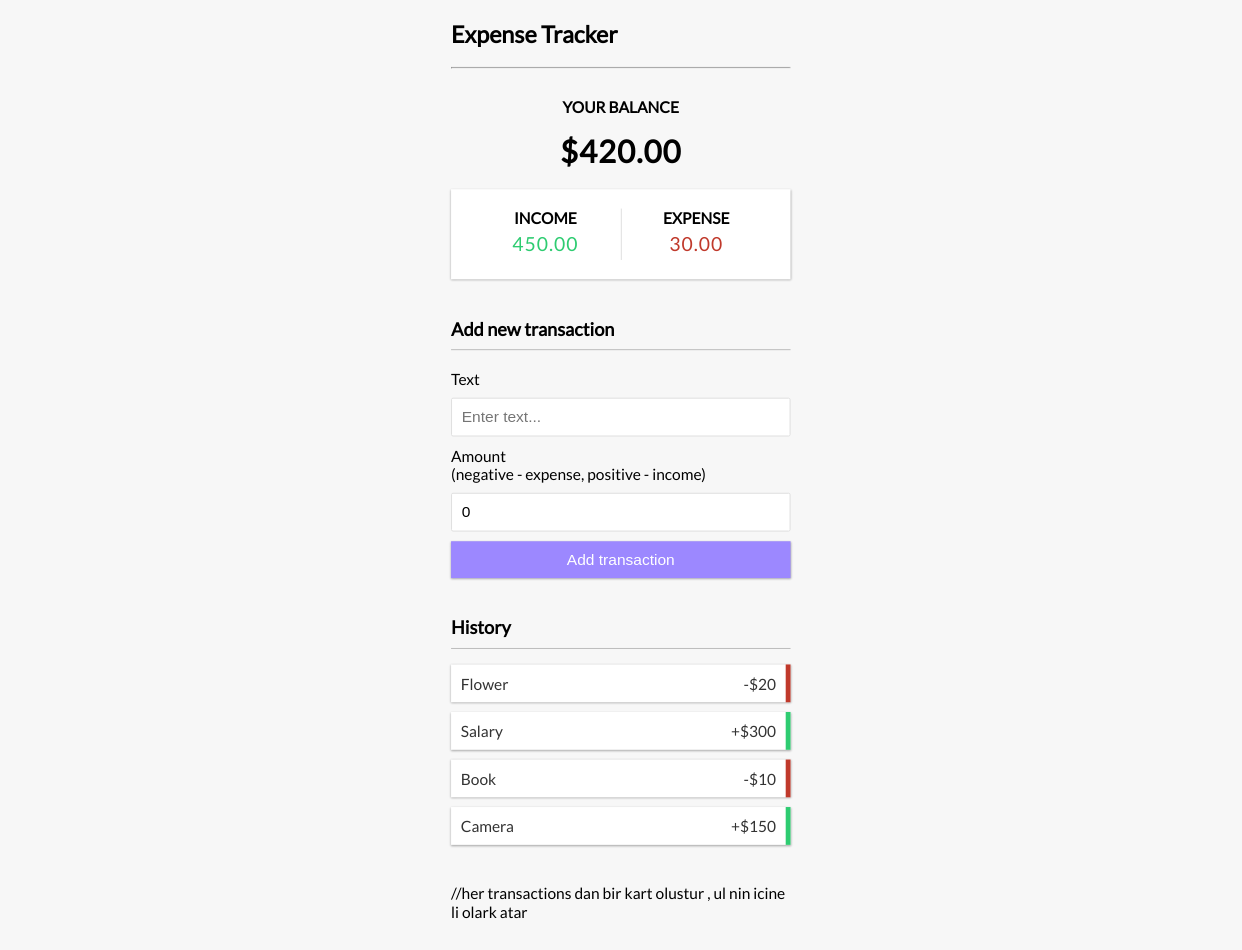
Repository: halilgoksu/js-react-expence-tracker
Page: /
An editor plug-in stored every save of this project. The page is shown before and after the next save, followed by the edit.
The browser window is 1280 px wide. The pictures show the whole page, at 97% of full size.
The project was rebuilt for these pictures with package versions that can differ from the ones it lists, and the page was loaded fresh each time.

Above is the page before, as saved 2023-01-02 14:33:02.

### src/App.js
import './App.css';
import {AddTransaction} from './components/AddTransaction';
import {Balance} from './components/Balance';
import {Header} from './components/Header';
import {IncomeExpenses} from './components/IncomeExpenses';
import {TransactionList} from './components/TransactionList';

import { GlobalProvider } from './context/GlobalState';

//if app crash go dont export default//

function App() {
  return (
    <GlobalProvider>
    <Header />
    <hr></hr>
    <div className='container'>
      <Balance />
      <IncomeExpenses />
      <AddTransaction />
      <TransactionList />
    </div>
    </GlobalProvider>
  );
}

export default App;

### src/App.css
@import url("https://fonts.googleapis.com/css?family=Lato&display=swap");

:root {
  --box-shadow: 0 1px 3px rgba(0, 0, 0, 0.12), 0 1px 2px rgba(0, 0, 0, 0.24);
}

* {
  box-sizing: border-box;
}

body {
  background-color: #f7f7f7;
  display: flex;
  flex-direction: column;
  align-items: center;
  justify-content: center;
  min-height: 100vh;
  margin: 0;
  font-family: "Lato", sans-serif;
}

.container {
  margin: 30px auto;
  width: 350px;
}

h1 {
  letter-spacing: 1px;
  margin: 0;
}

h3 {
  border-bottom: 1px solid #bbb;
  padding-bottom: 10px;
  margin: 40px 0 10px;
}

h4 {
  margin: 0;
  text-transform: uppercase;
}

.inc-exp-container {
  background-color: #fff;
  box-shadow: var(--box-shadow);
  padding: 20px;
  display: flex;
  justify-content: space-between;
  margin: 20px 0;
}

.inc-exp-container > div {
  flex: 1;
  text-align: center;
}

.inc-exp-container > div:first-of-type {
  border-right: 1px solid #dedede;
}

.money {
  font-size: 20px;
  letter-spacing: 1px;
  margin: 5px 0;
}

.money.plus {
  color: #2ecc71;
}

.money.minus {
  color: #c0392b;
}

label {
  display: inline-block;
  margin: 10px 0;
}

input[type="text"],
input[type="number"] {
  border: 1px solid #dedede;
  border-radius: 2px;
  display: block;
  font-size: 16px;
  padding: 10px;
  width: 100%;
}

.btn {
  cursor: pointer;
  background-color: #9c88ff;
  box-shadow: var(--box-shadow);
  color: #fff;
  border: 0;
  display: block;
  font-size: 16px;
  margin: 10px 0 30px;
  padding: 10px;
  width: 100%;
}

.btn:focus,
.delete-btn:focus {
  outline: 0;
}

.list {
  list-style-type: none;
  padding: 0;
  margin-bottom: 40px;
}

.list li {
  background-color: #fff;
  box-shadow: var(--box-shadow);
  color: #333;
  display: flex;
  justify-content: space-between;
  position: relative;
  padding: 10px;
  margin: 10px 0;
}

.list li.plus {
  border-right: 5px solid #2ecc71;
}

.list li.minus {
  border-right: 5px solid #c0392b;
}

.delete-btn {
  cursor: pointer;
  background-color: #e74c3c;
  border: 0;
  color: #fff;
  font-size: 20px;
  line-height: 20px;
  padding: 2px 5px;
  position: absolute;
  top: 50%;
  left: 0;
  transform: translate(-100%, -50%);
  opacity: 0;
  transition: opacity 0.3s ease;
}

.list li:hover .delete-btn {
  opacity: 1;
}

.balance{
  display: flex;
  flex-direction: column;
  justify-content: center;
  text-align: center;
  align-items: center;
  gap: 1rem;

}

### src/components/AddTransaction.js
import React, { useState, useContext } from "react";
import { GlobalContext } from "../context/GlobalState";

export const  AddTransaction = () => {
  const [text, setText] = useState('');
  //elinde bos bir state , ve onu icini doldurmayi beklyen baska bir state var
  //input text alani icin

  const [amount, setAmount] = useState(0);
  //baslagic degeri 0 olan degismeyi bekleyen bir amount kardesimiz var
  //input number alani icin


  const { addTransaction } = useContext(GlobalContext);
  //borudan addTansaction kardesimzi transfer ettik
  //bu bir function
  //burda girdimiz verilelerden yeni bir transaction karti olusturmak icin kullaniriz
  //


  const onSubmit = (e) => {
    e.preventDefault();
    const newTransaction = {
      id: Math.floor(Math.random() * 100000000),
      text,
      amount:+amount
    };
    addTransaction(newTransaction);
    //olusturdugumuz yeni elemaini borudan addTransaction fonk gonderdik
    //GlobalStatin icinde olur kendileri


    setText('');
    setAmount(0);
  };
  //Form da bulunan butuna tikarsak onSubmit fonk calisir
  //otamatik id si olan, texti ve amountu formdaki input alanindan alan bir eleman olsuturduk
  //adina da newTransaction koyduk
  //bu elemani alip addTransaction(newTransaction) un icine at, o halleder



  return (
    <>
      <h3>Add new transaction</h3>
      <form onSubmit={onSubmit}>
        <div className="form-control">
          <label htmlFor="text">Text</label>
          <input
            type="text"
            value={text}
            onChange={(e) => setText(e.target.value)}
            //texti inputa girecigimiz value ile set eder
            placeholder="Enter text..."
          />
        </div>
        <div className="form-control">
          <label htmlFor="amount">
            Amount <br />
            (negative - expense, positive - income)
          </label>
          <input
            type="number"
            value={amount}
            onChange={(e) => setAmount(e.target.value)}
            //diger input area girdigimiz numara ile set edilecek
            placeholder="Enter amount..."
          />
        </div>
        <button className="btn">Add transaction</button>
      </form>
    </>
  );
};

### src/components/Balance.js
import React, { useContext } from 'react';
import { GlobalContext } from '../context/GlobalState';

export const  Balance = () => {
  const {transactions} =useContext(GlobalContext);
  //useContext borusundan transaction muzu aldik . yani; [datamiz]

  const amounts = transactions.map(transaction => transaction.amount);
  //amounts : datamizda bulunan butun paralar
  //gelen objenin icinde amounlari hepsini aldik

  const total = amounts.reduce((acc, item) => (acc += item), 0).toFixed(2);
  //total : masraflar ve olan parayi hesaplar
  //aldigimiz amounlarin hepsini toplayip total denilen bir sonc bulduk
  //reduce(acc,item), butun elemanalri toplamimiza yarayan eleman



  return (
    <div className='balance'>
      <h4>Your Balance</h4>
      <h1>${total}</h1>
    </div>
  )
}

### src/components/Header.js
import React from "react";

export const Header = () => {
  return <h2>Expense Tracker</h2>;
};
//O sadece bir header bro

### src/components/IncomeExpenses.js
import React,{ useContext } from "react";
import { GlobalContext } from "../context/GlobalState";

export const  IncomeExpenses = () => {
  const { transactions } = useContext(GlobalContext);
  //borudan transactions datamizi(obje) alidik

  const amounts = transactions.map((transaction) => transaction.amount);
  //adlgimzi datinin icinindeki butun amounlari getirdik
  //console.log(amounts) //(4) [-20, 300, -10, 150]

  const income = amounts.filter((item) => item > 0).reduce((acc, item) => (acc += item), 0)
    .toFixed(2);
    //sadece atida olanari toplayarak incom i bulur

  const expense = (
    amounts.filter((item) => item < 0).reduce((acc, item) => (acc += item), 0) *
    -1
  ).toFixed(2);
  //ekisideki degerleri topayarak expence i bulur


  return (
    <div className="inc-exp-container">
      <div>
        <h4>Income</h4>
        <p className="money plus">
          {income}
        </p>
      </div>
      <div>
        <h4>Expense</h4>
        <p className="money minus">
          {expense}
        </p>
      </div>
    </div>
    //ekrana toplam expence ve income u hesplayip yazar

  );
};

### src/components/TransactionList.js
import React, { useContext } from "react";
import {Transaction} from "./Transaction";
import { GlobalContext } from "../context/GlobalState";

export const  TransactionList = () => {
  const { transactions } = useContext(GlobalContext);
  return (
    <>
      <h3>History</h3>
      <ul className="list">
        {transactions.map((transaction) =>
        (<Transaction key={transaction.id} transaction={transaction} />))}
      </ul>
      //her transactions dan bir kart olustur , ul nin icine li olark atar
    </>
  );
};

### src/context/GlobalState.js
import React, { createContext, useReducer,useEffect } from "react";
import AppReducer from "./AppReducer";

//Initial State

const initialState = {
  transactions: [
    { id: 1, text: "Flower", amount: -20 },
    { id: 2, text: "Salary", amount: 300 },
    { id: 3, text: "Book", amount: -10 },
    { id: 4, text: "Camera", amount: 150 },
  ]
}
//elimizde olan datamiz , burdaki verileri tek tek borudan gonderip
//UI daki kaliba yerlestiriyoruz
//buradki data default datadir , eger ekleme yada cikarma yaparsak buraya yansimaz
//UI da olan orda kalir , yenileme yaptigin zaman data gider
//icini bos birkirsan [] bos array olur , default bos olur



//Create context
export const GlobalContext = createContext(initialState);
//borunun adini globalContext yaptik


//Provider component
export const GlobalProvider = ({ children }) => {
  //children alt butun componanatleri ifade eder


  const [state, dispatch] = useReducer(AppReducer,initialState )
  //state elimize olan arryimiz, data , bos yada dolu fark etmez
  //initialState ile state ayni seyi ifade eder
  //bu datayi dispatch type  ile degistircegiz, ki o da AppReducer dan gelir

  useEffect(() => {
    //console.log(initialState);
  })


  //Actions
  function deleteTransaction(id){
    dispatch({
        type: 'DELETE_TRANSACTION',
        payload:id
    });
    //Transaction.js den geliyorum
    //UI da transaction un yanindaki kirmiz x butonuna tiklaridgimz zaman
    //fonkisyon deleteTransactionun(icine) id yi atar
    //Context borusunda buraya godnerir
    //dispatc AppReducer derki paralo DELETE id is ahanda bu
    //isini yap der

  }


  function addTransaction(transaction){
    dispatch({
        type: 'ADD_TRANSACTION',
        payload:transaction
    });
  }
  //AddTransaction un ordan geliyorum , sana yeni bir eleman getirdim
  //id si text i her seyi var
  //vatandaslik ister kendileri
  //AppReducer abimiz halleder o isi


  return (
    <GlobalContext.Provider value={{
        transactions: state.transactions,
        deleteTransaction,
        addTransaction
        }}>
      {children}
    </GlobalContext.Provider>

    //It will provide all state an action with other components

  );
};

### src/components/Transaction.js
import React, { useContext } from "react";
import { GlobalContext } from "../context/GlobalState";

export const  Transaction = ({ transaction }) => {
  const { deleteTransaction } = useContext(GlobalContext);
  //Context brousunda gelen deleteTransaction elemanini al ve kullan

  const sign = transaction.amount < 0 ? "-" : "+";

  return (
    <li className={transaction.amount < 0 ? "minus" : "plus"}>
      {/* //eger amount eksi ise red , ati ise yesil , amount a gore className */}

      {transaction.text}
      {/* input da text alanina girdigimiz text */}

      <span>
        {sign}${Math.abs(transaction.amount)}
      </span>

      <button
        className="delete-btn"
        onClick={() => deleteTransaction(transaction.id)}
      >
        x
      </button>
      {/*
      //delete e bastigimiz zaman . fonskiyon tikladigimiz elemanin id sini alip gider
      //gider der ki bu adam i burdan sitir edisin yeniye, kimligini kafasina kayder
      //Context borusundan idyi deleteTransaction a gonderir
      //ki o da GlolbalState in icindedir
      */}
    </li>
  );
};

### src/context/AppReducer.js
//gelen key word gore action yap

// eslint-disable-next-line import/no-anonymous-default-export
export default (state, action) => {
  switch (action.type) {
    case 'DELETE_TRANSACTION':
      return {
        ...state,
        transactions: state.transactions.filter( transaction => transaction.id !==
          action.payload)
      }

      //GlobalState den geln key word ve beraberinde getirdigi id ile
      //yeni state i gunceller
      //listeye bakan hig ismini goremeince siktir olup gider
      //ama Donusu MUHTESEM olacaktik (finger :)


    case 'ADD_TRANSACTION':
      return {
        ...state,
        transactions:[action.payload, ...state.transactions]
      };
      //GlobalState den gliyourum
      //getirmis oldugmuz elemani alip


    default:
      return state;
  }
};

Loaded but not shown: src/index.js (common file)

After the next save:
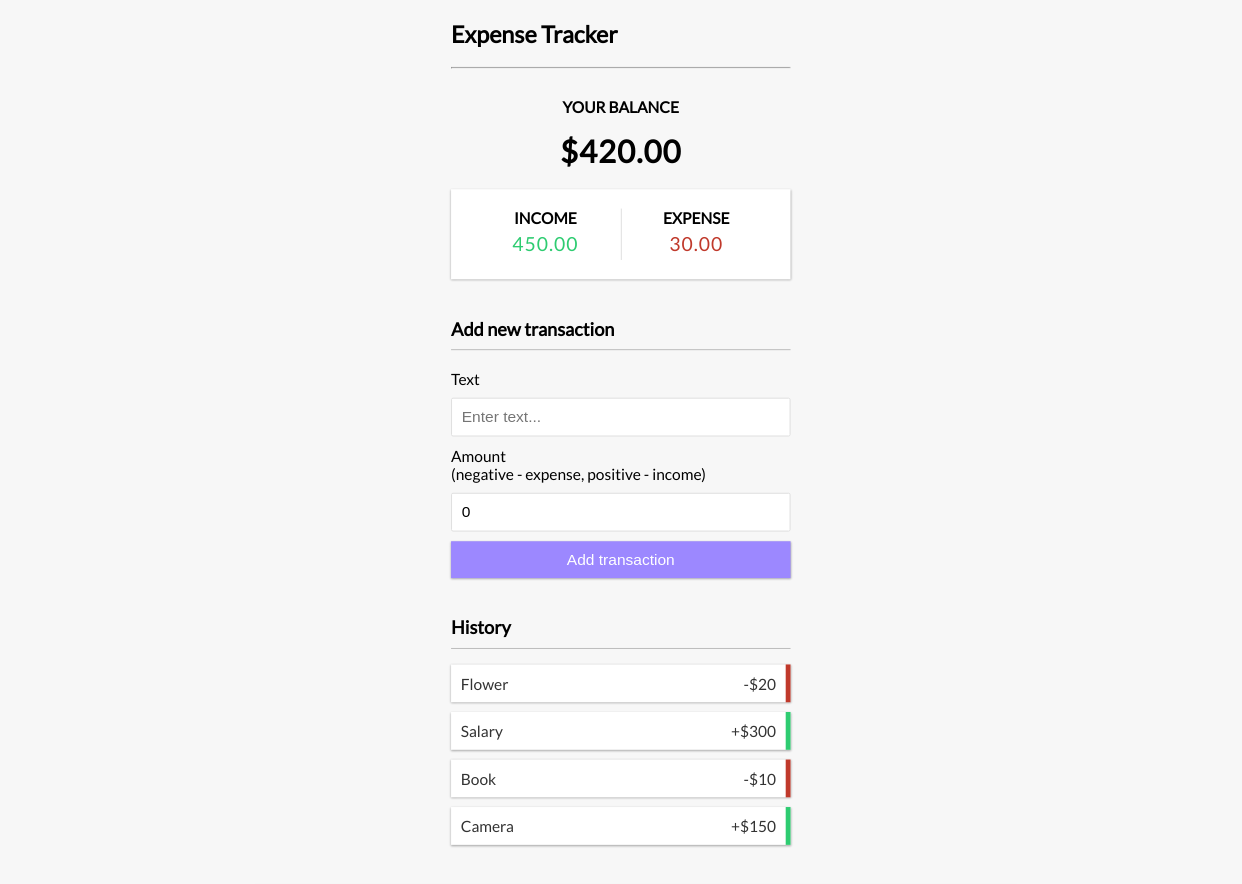
Saved 14 s later.
--- a/src/components/TransactionList.js
+++ b/src/components/TransactionList.js
@@ -11,7 +11,7 @@ export const  TransactionList = () => {
         {transactions.map((transaction) =>
         (<Transaction key={transaction.id} transaction={transaction} />))}
       </ul>
-      //her transactions dan bir kart olustur , ul nin icine li olark atar
+      {/* //her transactions dan bir kart olustur , ul nin icine li olark atar */}
     </>
   );
 };
